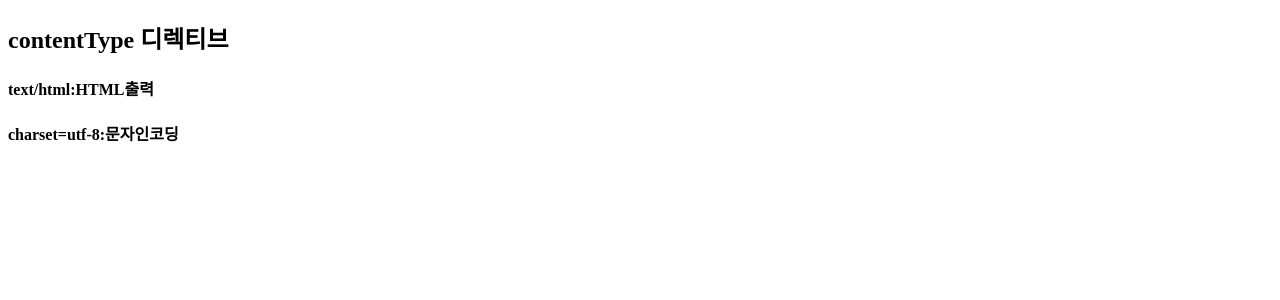
Repository: potatoy1/learning-jsp
Page: http://localhost/JSPBook/ch03/page_contentType02.jsp
An editor plug-in stored every save of this project. The page is shown before and after a run of saves, followed by the edit.
The browser window is 1280 px wide. The pictures show the whole page.
The page is served by Tomcat 9. Other server files are loaded and not shown.

Above is the page before, as saved 2022-09-27 05:57:09.

### JSPBook/WebContent/ch03/page_contentType02.jsp
<%@ page language="java" contentType="text/html; charset=UTF-8"%>
<!DOCTYPE html>
<html>
<head>
<title>Directives Tag</title>
</head>
<body>
	<h2>contentType 디렉티브</h2>
	<h4>text/html:HTML출력</h4>
	<h4>charset=utf-8:문자인코딩</h4>
</body>
</html>

After the next 2 saves:
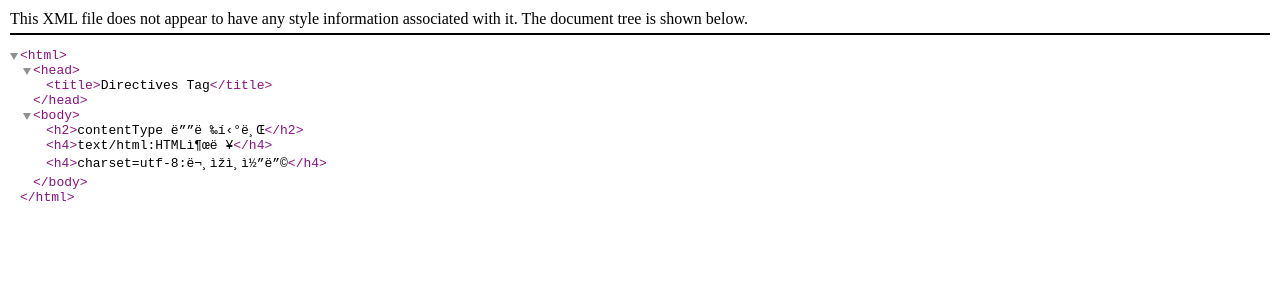
The 2 saves are shown as one change because 1 did not build or start.
The last was saved 57 s later.
--- a/JSPBook/WebContent/ch03/page_contentType02.jsp
+++ b/JSPBook/WebContent/ch03/page_contentType02.jsp
@@ -1,4 +1,4 @@
-<%@ page language="java" contentType="text/html; charset=UTF-8"%>
+<%@page contentType="text/xml"%>
 <!DOCTYPE html>
 <html>
 <head>

After the save that followed:
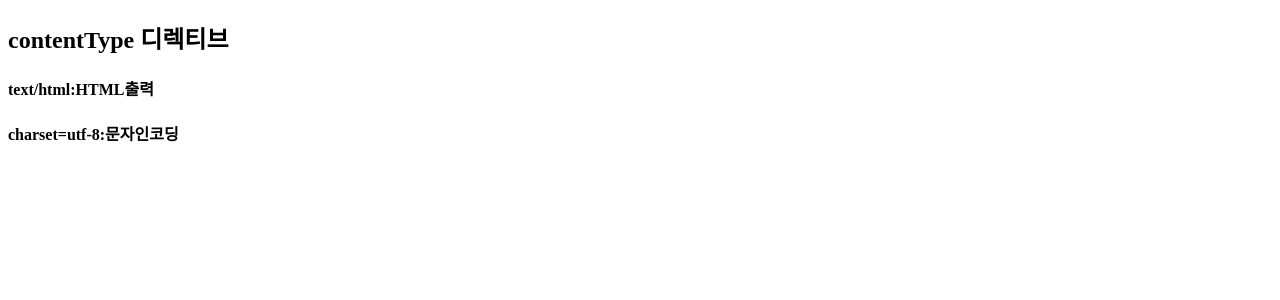
Saved 26 s later.
--- a/JSPBook/WebContent/ch03/page_contentType02.jsp
+++ b/JSPBook/WebContent/ch03/page_contentType02.jsp
@@ -1,4 +1,4 @@
-<%@page contentType="text/xml"%>
+<%@ page contentType="text/html; charset=UTF-8"%>
 <!DOCTYPE html>
 <html>
 <head>
